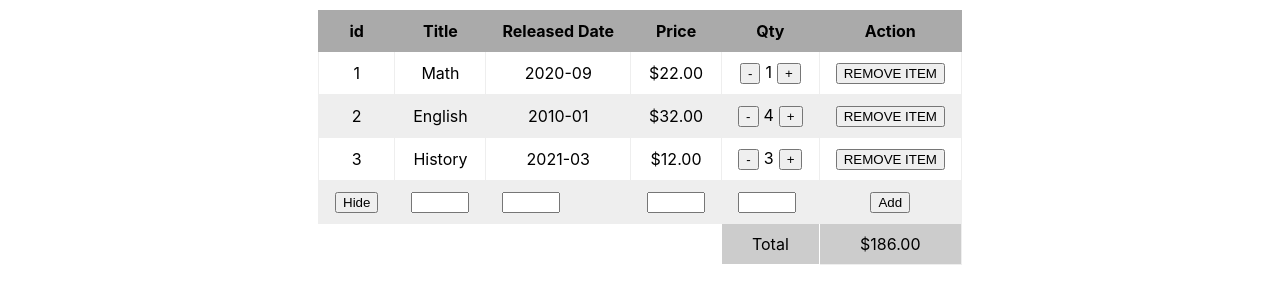
Repository: vgg1kkh/myBookStoreBasket
Page: /
The author's editor kept a copy of each file at every save. The page is drawn from the files as they stood at one save, then again after the next save.
The browser window is 1280 px wide. The pictures show the whole page.
The project was rebuilt for these pictures with package versions that can differ from the ones it lists, and the page was loaded fresh each time.

Above is the page before, as saved 2021-10-07 21:21:13.

After the next save:
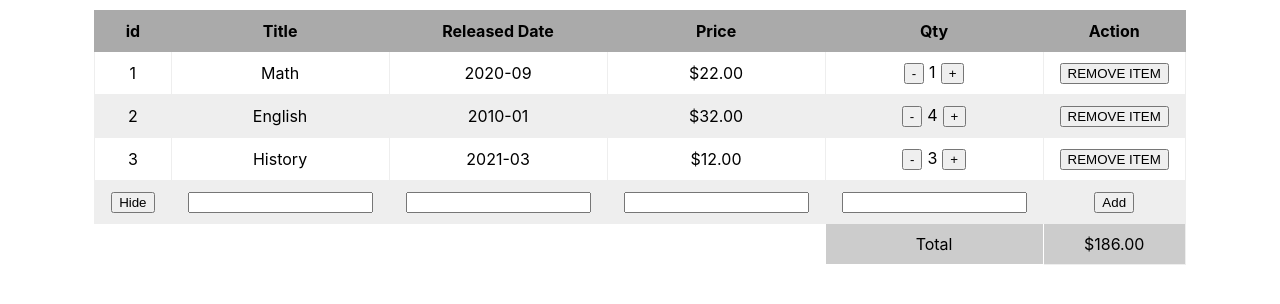
Saved 20 s later.
--- a/src/App.css
+++ b/src/App.css
@@ -37,6 +37,6 @@ table tbody tr:last-child td:nth-child(-n+5) {
 /* Add item */
 .add-new-item{
     display: block;
-    width: 50px;
+    width: 100%
     height: 100%;
 }
